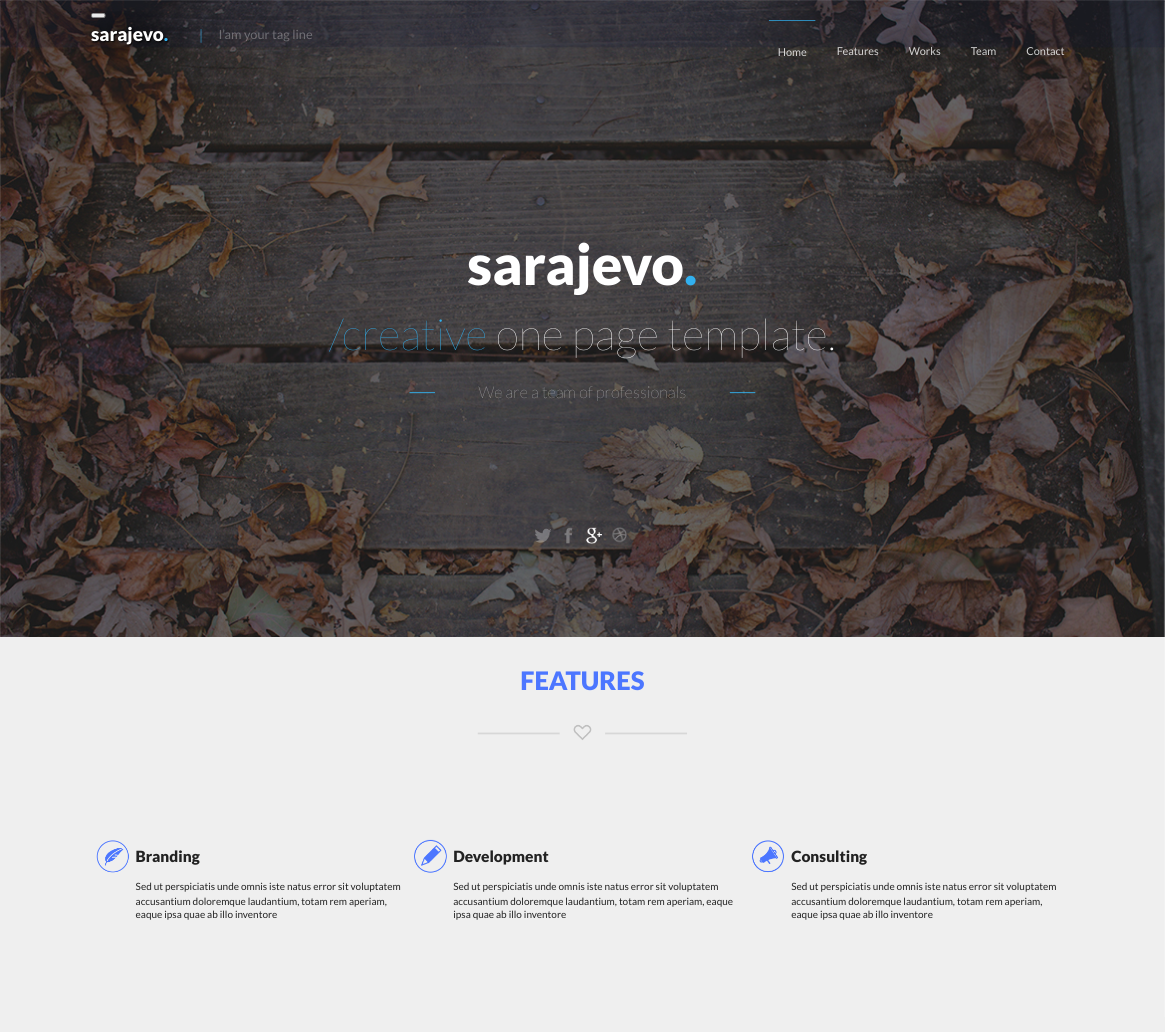
Repository: expertsumyua/adaptive-landing-page
Page: index.html
These files come from the project's save history. The page is drawn as it stood at one moment and after the next save; the edit follows.
The browser window is 1280 px wide. The pictures show the whole page, at 91% of full size.

Above is the page before, as saved 2020-06-09 16:41:30.

### index.html
<!doctype html>
<html class="no-js" lang="">

<head>
	<meta charset="utf-8">
	<title></title>
	<meta name="description" content="">
	<meta name="viewport" content="width=device-width, initial-scale=1">

	<link rel="manifest" href="site.webmanifest">
	<link rel="apple-touch-icon" href="icon.png">
	<!-- Place favicon.ico in the root directory -->

	<link href="https://fonts.googleapis.com/css?family=Lato:100,100i,400,900&display=swap" rel="stylesheet">

	<link rel="stylesheet" href="css/normalize.css">
	<link rel="stylesheet" href="css/main.css">

	<meta name="theme-color" content="#fafafa">
</head>

<body>
	<!--[if IE]>
    <p class="browserupgrade">You are using an <strong>outdated</strong> browser. Please <a href="https://browsehappy.com/">upgrade your browser</a> to improve your experience and security.</p>
  <![endif]-->

	<!-- Add your site or application content here -->
	<header>
		<div class="header-top">
			<div class="contaner">
				<div class="logo">
					<a href="/">sarajevo</a>
					<!-- <a href="/"><img src="img/logo.png"></a> -->
				</div>
				<div class="short-tag">I’am your tag line</div>
				<button class="mobile" href="#"><img src="img/burger.png"></button>
				<nav>
					<a class="active" href="#">Home</a>
					<a href="#">Features</a>
					<a href="#">Works</a>
					<a href="#">Team</a>
					<a href="#">Contact</a>
				</nav>
			</div>
		</div>
		<div class="header-content">
			<div class="logo">sarajevo</div>
			<div class="content">one page template.</div>
			<p class="footer">We are a team of professionals</p>
		</div>
		<div class="header-footer">
			<p>
				<a href="https://twitter.com/"><img src="img/twitter.png"></a>
				<a href="https://www.facebook.com/"><img src="img/facebook.png"></a>
				<a class="g-plus" href="https://plus.google.com/"><img src="img/googlePlus.png"></a>
				<a href="https://dribbble.com/"><img src="img/dribbble.png"></a>
			</p>
		</div>

	</header>

	<!-- FEATURES -->
	<div class="features">
		<p class="f-h">FEATURES</p>
		<p class="f-img"><img src="img/heart.png"></a></p>
		<div class="f-t">
			<table align="center">
				<tr class="mobile">
					<th><img src="img/pen.png">Branding</th>
					<th><img src="img/pencil.png">Development</th>
					<th><img src="img/speaker.png">Consulting</th>
				</tr>
				<tr class="mobile">
					<td>Sed ut perspiciatis unde omnis iste natus error sit voluptatem accusantium doloremque laudantium,
						totam rem aperiam, eaque ipsa quae ab illo inventore</td>
					<td>Sed ut perspiciatis unde omnis iste natus error sit voluptatem accusantium doloremque laudantium,
						totam rem aperiam, eaque ipsa quae ab illo inventore</td>
					<td>Sed ut perspiciatis unde omnis iste natus error sit voluptatem accusantium doloremque laudantium,
						totam rem aperiam, eaque ipsa quae ab illo inventore</td>
				</tr>
				<tr class="base">
					<th><img src="img/pen.png"></th>
					<th align="left">Branding</th>
					<th><img src="img/pencil.png"></th>
					<th align="left">Development</th>
					<th><img src="img/speaker.png"></th>
					<th align="left">Consulting</th>
				</tr>
				<tr class="base">
					<td></td>
					<td>Sed ut perspiciatis unde omnis iste natus error sit voluptatem accusantium doloremque laudantium,
						totam rem aperiam, eaque ipsa quae ab illo inventore</td>
					<td></td>
					<td>Sed ut perspiciatis unde omnis iste natus error sit voluptatem accusantium doloremque laudantium,
						totam rem aperiam, eaque ipsa quae ab illo inventore</td>
					<td></td>
					<td>Sed ut perspiciatis unde omnis iste natus error sit voluptatem accusantium doloremque laudantium,
						totam rem aperiam, eaque ipsa quae ab illo inventore</td>
				</tr>
			</table>
		</div>
	</div>
	<!-- /.FEATURES -->

	<!--  WHAT ARE WE DOING -->
	<div></div>
	<!-- /. WHAT ARE WE DOING -->

	<!-- WORKS -->
	<div></div>
	<!-- /.WORKS -->

	<!-- TEAM -->
	<div></div>
	<!-- /.TEAM -->

	<!-- FACTS -->
	<div></div>
	<!-- /.FACTS -->

	<!-- MESSAGE -->
	<div></div>
	<!-- /.MESSAGE -->

	<!-- MAP -->
	<div></div>
	<!-- /.MAP -->

	<footer></footer>


	<script src="js/vendor/modernizr-3.8.0.min.js"></script>
	<script src="https://code.jquery.com/jquery-3.4.1.min.js"
		integrity="sha256-CSXorXvZcTkaix6Yvo6HppcZGetbYMGWSFlBw8HfCJo=" crossorigin="anonymous"></script>
	<script>window.jQuery || document.write('<script src="js/vendor/jquery-3.4.1.min.js"><\/script>')</script>
	<script src="js/plugins.js"></script>
	<script src="js/main.js"></script>

	<!-- Google Analytics: change UA-XXXXX-Y to be your site's ID. -->
	<!-- <script>
		window.ga = function () { ga.q.push(arguments) }; ga.q = []; ga.l = +new Date;
		ga('create', 'UA-XXXXX-Y', 'auto'); ga('set', 'transport', 'beacon'); ga('send', 'pageview')
	</script> -->
	<!-- <script src="https://www.google-analytics.com/analytics.js" async></script> -->
</body>

</html>

### css/main.css
/*! HTML5 Boilerplate v7.3.0 | MIT License | https://html5boilerplate.com/ */

/* main.css 2.0.0 | MIT License | https://github.com/h5bp/main.css#readme */
/*
 * What follows is the result of much research on cross-browser styling.
 * Credit left inline and big thanks to Nicolas Gallagher, Jonathan Neal,
 * Kroc Camen, and the H5BP dev community and team.
 */

/* ==========================================================================
   Base styles: opinionated defaults
   ========================================================================== */

html {
    font-family: 'Lato', sans-serif;
    color: #222;
    font-size: 1em;
    line-height: 1.4;
}

/*
 * Remove text-shadow in selection highlight:
 * https://twitter.com/miketaylr/status/12228805301
 *
 * Vendor-prefixed and regular ::selection selectors cannot be combined:
 * https://stackoverflow.com/a/16982510/7133471
 *
 * Customize the background color to match your design.
 */

::-moz-selection {
  background: #b3d4fc;
  text-shadow: none;
}

::selection {
  background: #b3d4fc;
  text-shadow: none;
}

/*
 * A better looking default horizontal rule
 */

hr {
  display: block;
  height: 1px;
  border: 0;
  border-top: 1px solid #ccc;
  margin: 1em 0;
  padding: 0;
}

/*
 * Remove the gap between audio, canvas, iframes,
 * images, videos and the bottom of their containers:
 * https://github.com/h5bp/html5-boilerplate/issues/440
 */

audio,
canvas,
iframe,
img,
svg,
video {
  vertical-align: middle;
}

/*
 * Remove default fieldset styles.
 */

fieldset {
  border: 0;
  margin: 0;
  padding: 0;
}

/*
 * Allow only vertical resizing of textareas.
 */

textarea {
  resize: vertical;
}

/* ==========================================================================
   Browser Upgrade Prompt
   ========================================================================== */

.browserupgrade {
  margin: 0.2em 0;
  background: #ccc;
  color: #000;
  padding: 0.2em 0;
}

/* ==========================================================================
   Author's custom styles
   ========================================================================== */
body {
    position: relative;
}

header .contaner {
    width: calc(100% - 200px);
    height: 100%;
    margin: 0 auto;
    position: relative;
}

header {
    height: 700px;
    width: 100%;
    background: url(../img/header-bg.jpg) no-repeat;
    background-size: cover;
}

header .header-top {
    background: rgba(16, 22, 53, 0.2);
    height: 52px;
    width: 100%;
    /*outline:  1px solid red;*/
    position: relative;
}

header .logo a {
    /*width: 90px;*/
    text-decoration: none;
    font-size: 20.8px;
    font-weight: 600;
    /*opacity: 0.9;*/
    text-shadow: 1px 1px 2px black, 0 0 1em black;
    color: #fff;
    position: absolute;
    top: 22px;
}
header .logo a:after {
    content: ".";
    color: rgb(50, 176, 238);
}

header .short-tag {
    font-size: 14px;
    color: #fff;
    opacity: 0.3;
    position: absolute;
    left: 140px;
    top: 28px;
}
header .short-tag:before {
    content: "";
    width: 1.5px;
    height: 15px;
    position: absolute;
    left: -20px;
    top: 4px;
    background: rgb(50, 176, 238);
}

header nav {
    position: absolute;
    right: 0;
    height: 100%;
}
header nav a {
    height: 100%;
    margin-right: 13px;
    padding: 0 10px;
    line-height: 68px;
    text-decoration: none;
    font-size: 12px;
    color: #fff;
    opacity: 0.8;
    display: block;
    float: left;

}
header nav a:last-child {
    margin-right: 0;
}
header nav a.active {
    border-top: 1.5px solid rgb(50, 176, 238);
}
/* Выше был применён Бордер-топ*/
/*header nav a.active:after {
    content: "";
    width: 32px;
    height: 1.5px;
    position: absolute;
    left: 11px;
    background: rgb(50, 176, 238);
}*/

header .mobile img {
    display: none;
    /*color: #fff;*/
    /*font-size: 24px;*/
    /*text-decoration: none;*/
    position: absolute;
    height: 52px;
    top: 10px;
    right: 0px;
}

header .header-content {
    width: 580px;
    height: 156px;
    color: #fff;
    font-size: 62px;
    font-weight: 600;
    left: calc(50% - 290px);
    top: 194px;
    position: relative;
}
header .header-content .logo {
    color: #fff;
    font-size: 62px;
    text-align: center;
}
header .header-content .logo:after {
    content: ".";
    color: rgb(50, 176, 238);
}

header .header-content .content {
    color: #fff;
    font-size: 48px;
    font-weight: 300;
    text-align: center;
}
header .header-content .content:before {
    content: "/creative ";
    color: rgb(50, 176, 238);
}

header .header-content p.footer {
    color: #fff;
    font-size: 18px;
    font-weight: 300;
    text-align: center;
    position: relative;
}
header .header-content p.footer:before {
    content: "";
    width: 28px;
    height: 1.5px;
    position: absolute;
    left: calc(50% - 190px);
    top: 50%;
    background: rgb(50, 176, 238);
}
header .header-content p.footer:after {
    content: "";
    width: 28px;
    height: 1.5px;
    position: absolute;
    left: calc(50% + 162px);
    top: 50%;
    background: rgb(50, 176, 238);
}

header .header-footer {
    position: absolute;
    left: calc(50% - 55px);
    top: 560px;
}
header .header-footer p a img {
    height: 25px;
    width: auto;
    opacity: 0.3;
}

header .header-footer p a.g-plus img {
    opacity: 1;
}

.features {
    top: 700px;
    height: 434px;
    width: 100%;
    background-color: #efefef;
    position: absolute;

    /*-moz-background-size: 100%; /* Firefox 3.6+ */
    /*-webkit-background-size: 100%;  Safari 3.1+ и Chrome 4.0+ */
    /*-o-background-size: 100%; /* Opera 9.6+ */
    /*background-size: 100%;  Современные браузеры */
}
.features p.f-h {
    color: #4c76ff;
    font-size: 28px;
    text-align: center;
    font-weight: 900;
    /*top: 780px;*/
    position: relative;
}
.features p.f-img:before {
    content: "";
    width: 90px;
    height: 1.5px;
    position: absolute;
    left: calc(50% - 115px);
    top: 105px;
    background: black;
    opacity: 0.1;
}
.features p.f-img:after {
    content: "";
    width: 90px;
    height: 1.5px;
    position: absolute;
    left: calc(50% + 25px);
    top: 105px;
    background: black;
    opacity: 0.1;
}
.features p.f-img img {
    position: absolute;
    left: calc(50% - 10px);
    height: 20px;
    width: auto;
    opacity: 0.2;
}
.features .f-t {
    position: relative;
    top: 50px;
}
.features .f-t table {
    margin: 100px;
    /*font-family: Open Sans;*/
}
.features .f-t th {
    position: relative;
    font-size: 17px;
}
.features .f-t img {
    height: 36px;
    width: auto;
    padding: 3px;
}
.features .f-t td{
    font-size: 11px;
}
.features .f-t .mobile {
        display: none;
    }
}

@media (max-width: 1000px) {
    header .contaner {
       width: calc(100% - 100px);
    }
}

@media (max-width: 768px) {
    header .contaner {
       width: calc(100% - 50px);
    }
    header .header-content {
        left: calc(50% - (calc(100% - 100px)/2));
        width: calc(100% - 100px);
    }
        header .header-content p.footer:before {
        left: calc(50% - 180px);
    }
    header .header-content p.footer:after {
        left: calc(50% + 152px);
    }
}
@media (max-width: 650px) {
    header nav {
        display: none;
        height: auto;
        width: 300px;
    }
    header nav a {
        float: none;    }
    header .mobile img {
        display: block;
    }
    .features .f-t table {
    margin: 5px;

}
@media (max-width: 450px) {
     .features .f-t .base {
        display: none;
    }
    .features .f-t .mobile {
        display: block;
    }
}
@media (max-width: 400px) {
    header .contaner {
        /*left: calc(50% - ( calc(100% - 10px)));*/
        width: calc(100% - 10px);
        margin: 0 auto;
        position: relative;
    }
    header .header-content {
        left: 5px;
        width: calc(100% - 10px);
    }
    header .header-content p.footer:before {
        left: calc(50% - 150px);
    }
    header .header-content p.footer:after {
        left: calc(50% + 122px);
    }
}



/* ==========================================================================
   Helper classes
   ========================================================================== */

/*
 * Hide visually and from screen readers
 */

.hidden {
  display: none !important;
}

/*
* Hide only visually, but have it available for screen readers:
* https://snook.ca/archives/html_and_css/hiding-content-for-accessibility
*
* 1. For long content, line feeds are not interpreted as spaces and small width
*    causes content to wrap 1 word per line:
*    https://medium.com/@jessebeach/beware-smushed-off-screen-accessible-text-5952a4c2cbfe
*/

.sr-only {
  border: 0;
  clip: rect(0, 0, 0, 0);
  height: 1px;
  margin: -1px;
  overflow: hidden;
  padding: 0;
  position: absolute;
  white-space: nowrap;
  width: 1px;
  /* 1 */
}

/*
* Extends the .sr-only class to allow the element
* to be focusable when navigated to via the keyboard:
* https://www.drupal.org/node/897638
*/

.sr-only.focusable:active,
.sr-only.focusable:focus {
  clip: auto;
  height: auto;
  margin: 0;
  overflow: visible;
  position: static;
  white-space: inherit;
  width: auto;
}

/*
* Hide visually and from screen readers, but maintain layout
*/

.invisible {
  visibility: hidden;
}

/*
* Clearfix: contain floats
*
* For modern browsers
* 1. The space content is one way to avoid an Opera bug when the
*    `contenteditable` attribute is included anywhere else in the document.
*    Otherwise it causes space to appear at the top and bottom of elements
*    that receive the `clearfix` class.
* 2. The use of `table` rather than `block` is only necessary if using
*    `:before` to contain the top-margins of child elements.
*/

.clearfix:before,
.clearfix:after {
  content: " ";
  /* 1 */
  display: table;
  /* 2 */
}

.clearfix:after {
  clear: both;
}

/* ==========================================================================
   EXAMPLE Media Queries for Responsive Design.
   These examples override the primary ('mobile first') styles.
   Modify as content requires.
   ========================================================================== */

@media only screen and (min-width: 35em) {
  /* Style adjustments for viewports that meet the condition */
}

@media print,
  (-webkit-min-device-pixel-ratio: 1.25),
  (min-resolution: 1.25dppx),
  (min-resolution: 120dpi) {
  /* Style adjustments for high resolution devices */
}

/* ==========================================================================
   Print styles.
   Inlined to avoid the additional HTTP request:
   https://www.phpied.com/delay-loading-your-print-css/
   ========================================================================== */

@media print {
  *,
  *:before,
  *:after {
    background: transparent !important;
    color: #000 !important;
    /* Black prints faster */
    box-shadow: none !important;
    text-shadow: none !important;
  }
  a,
  a:visited {
    text-decoration: underline;
  }
  a[href]:after {
    content: " (" attr(href) ")";
  }
  abbr[title]:after {
    content: " (" attr(title) ")";
  }
  /*
     * Don't show links that are fragment identifiers,
     * or use the `javascript:` pseudo protocol
     */
  a[href^="#"]:after,
  a[href^="javascript:"]:after {
    content: "";
  }
  pre {
    white-space: pre-wrap !important;
  }
  pre,
  blockquote {
    border: 1px solid #999;
    page-break-inside: avoid;
  }
  /*
     * Printing Tables:
     * https://web.archive.org/web/20180815150934/http://css-discuss.incutio.com/wiki/Printing_Tables
     */
  thead {
    display: table-header-group;
  }
  tr,
  img {
    page-break-inside: avoid;
  }
  p,
  h2,
  h3 {
    orphans: 3;
    widows: 3;
  }
  h2,
  h3 {
    page-break-after: avoid;
  }
}

### js/plugins.js
// Avoid `console` errors in browsers that lack a console.
(function() {
  var method;
  var noop = function () {};
  var methods = [
    'assert', 'clear', 'count', 'debug', 'dir', 'dirxml', 'error',
    'exception', 'group', 'groupCollapsed', 'groupEnd', 'info', 'log',
    'markTimeline', 'profile', 'profileEnd', 'table', 'time', 'timeEnd',
    'timeline', 'timelineEnd', 'timeStamp', 'trace', 'warn'
  ];
  var length = methods.length;
  var console = (window.console = window.console || {});

  while (length--) {
    method = methods[length];

    // Only stub undefined methods.
    if (!console[method]) {
      console[method] = noop;
    }
  }
}());

// Place any jQuery/helper plugins in here.

### js/main.js
"use strict";

let burger = document.querySelector("header .mobile img");
let menu = document.querySelector("header nav");
burger.onclick = function () {

	console.log(menu.style.display);
	if (menu.style.display == "none" || menu.style.display == "") {
		menu.style.display = "block";
	}
	else { menu.style.display = "none"; }
}

Loaded but not shown: css/normalize.css (library); js/vendor/modernizr-3.8.0.min.js (library)

After the next save:
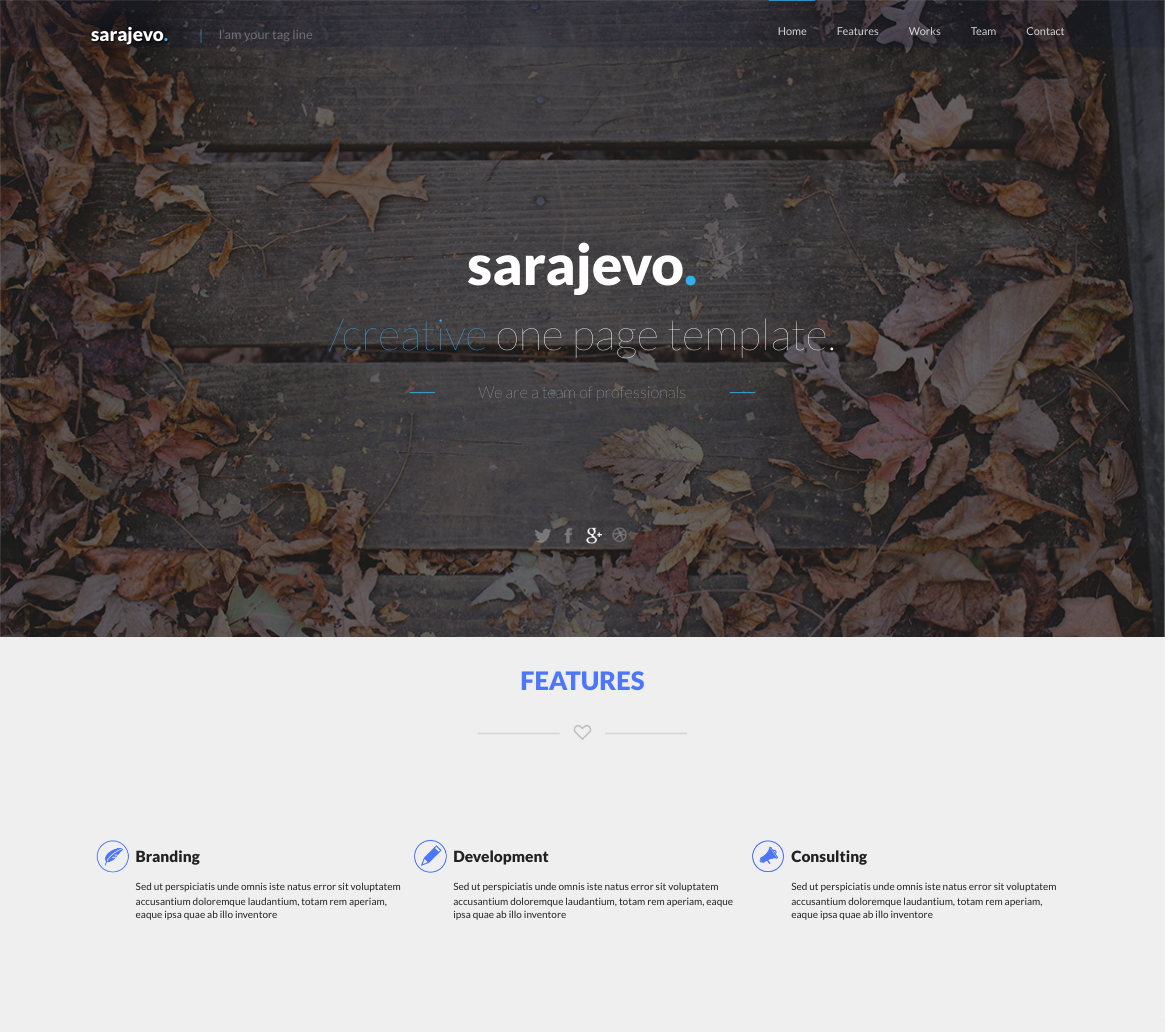
Console error: TypeError: Cannot set properties of null (setting 'onclick')
Saved 3 min 23 s later.
--- a/index.html
+++ b/index.html
@@ -33,7 +33,7 @@
 					<!-- <a href="/"><img src="img/logo.png"></a> -->
 				</div>
 				<div class="short-tag">I’am your tag line</div>
-				<button class="mobile" href="#"><img src="img/burger.png"></button>
+				<!-- <button class="mobile" href="#"><img src="img/burger.png"></button> -->
 				<nav>
 					<a class="active" href="#">Home</a>
 					<a href="#">Features</a>

After the save that followed:
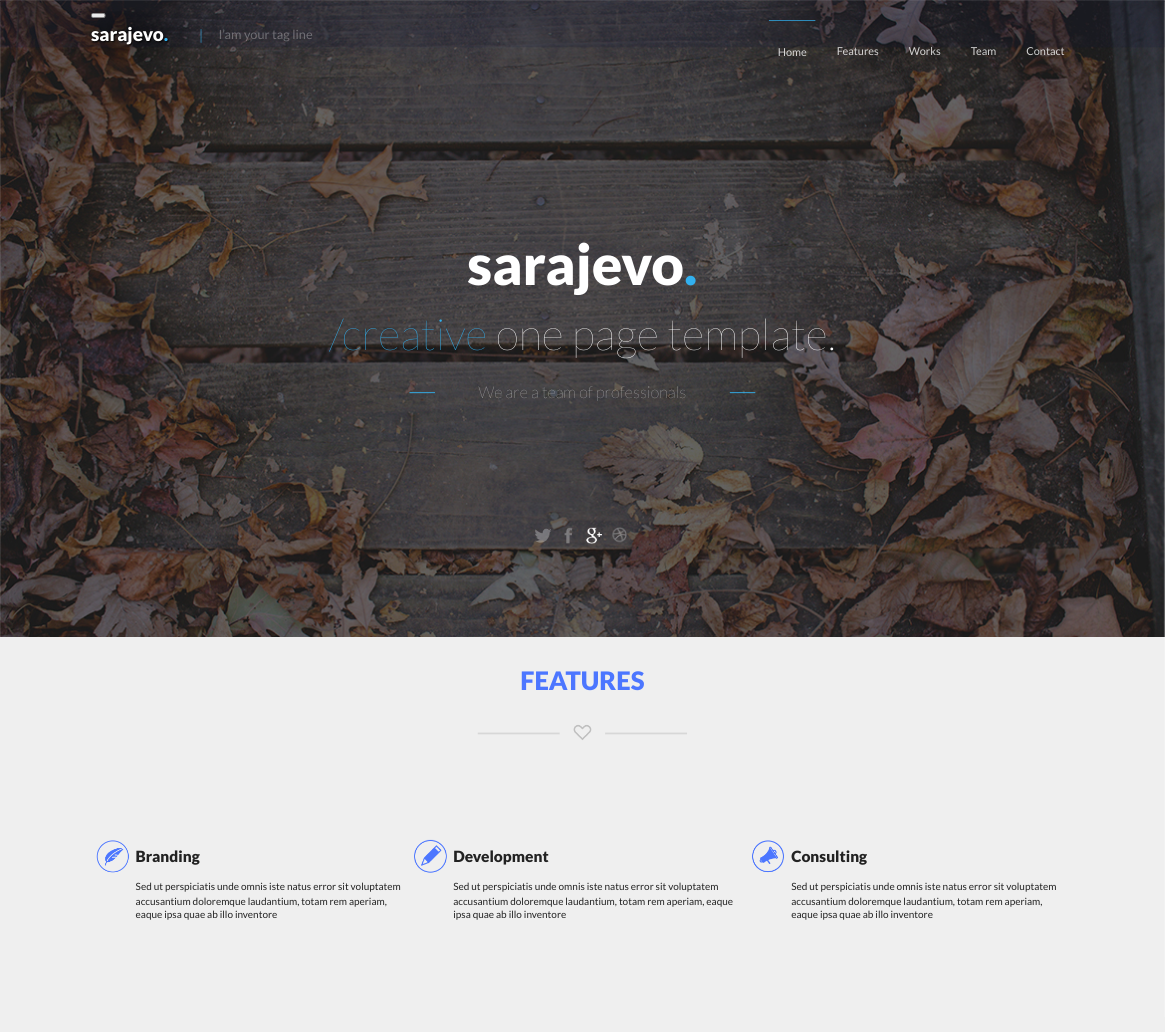
The error is gone.
Saved 25 s later.
--- a/index.html
+++ b/index.html
@@ -33,7 +33,7 @@
 					<!-- <a href="/"><img src="img/logo.png"></a> -->
 				</div>
 				<div class="short-tag">I’am your tag line</div>
-				<!-- <button class="mobile" href="#"><img src="img/burger.png"></button> -->
+				<button class="mobile" href="#"><img src="img/burger.png"></button>
 				<nav>
 					<a class="active" href="#">Home</a>
 					<a href="#">Features</a>
